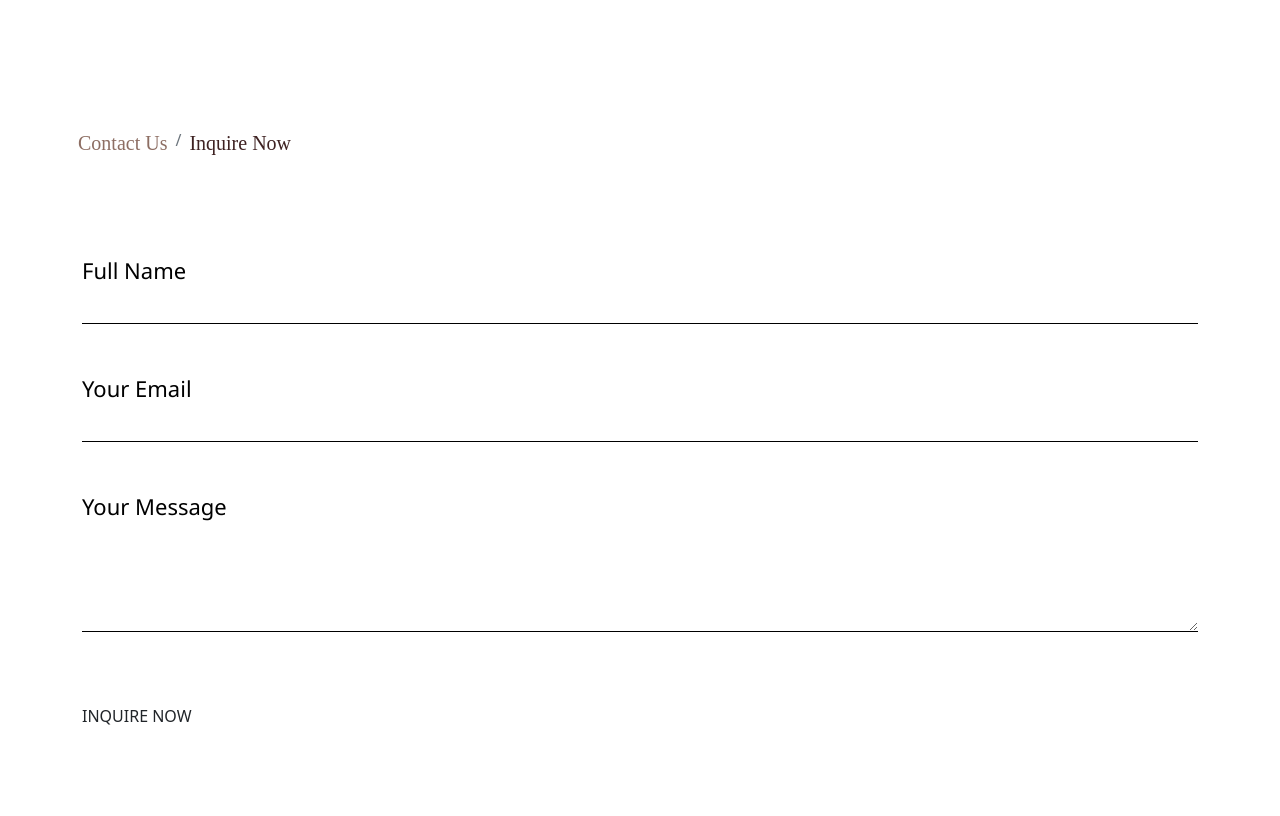
Repository: kaushalyaweerakoon/Plantation-Villa
Page: contact-us.html
An editor plug-in stored every save of this project. The page is shown before and after the next save, followed by the edit.
The browser window is 1280 px wide. The pictures show the part of the page from y = 1313 to 2143 px (the page is 2129 px tall before and 2143 px after).
Some web fonts or font styles are not loaded; a fallback is used.

Above is the page before, as saved 2022-08-15 16:34:37.
Not found: assets/js/main.js

After the next save:
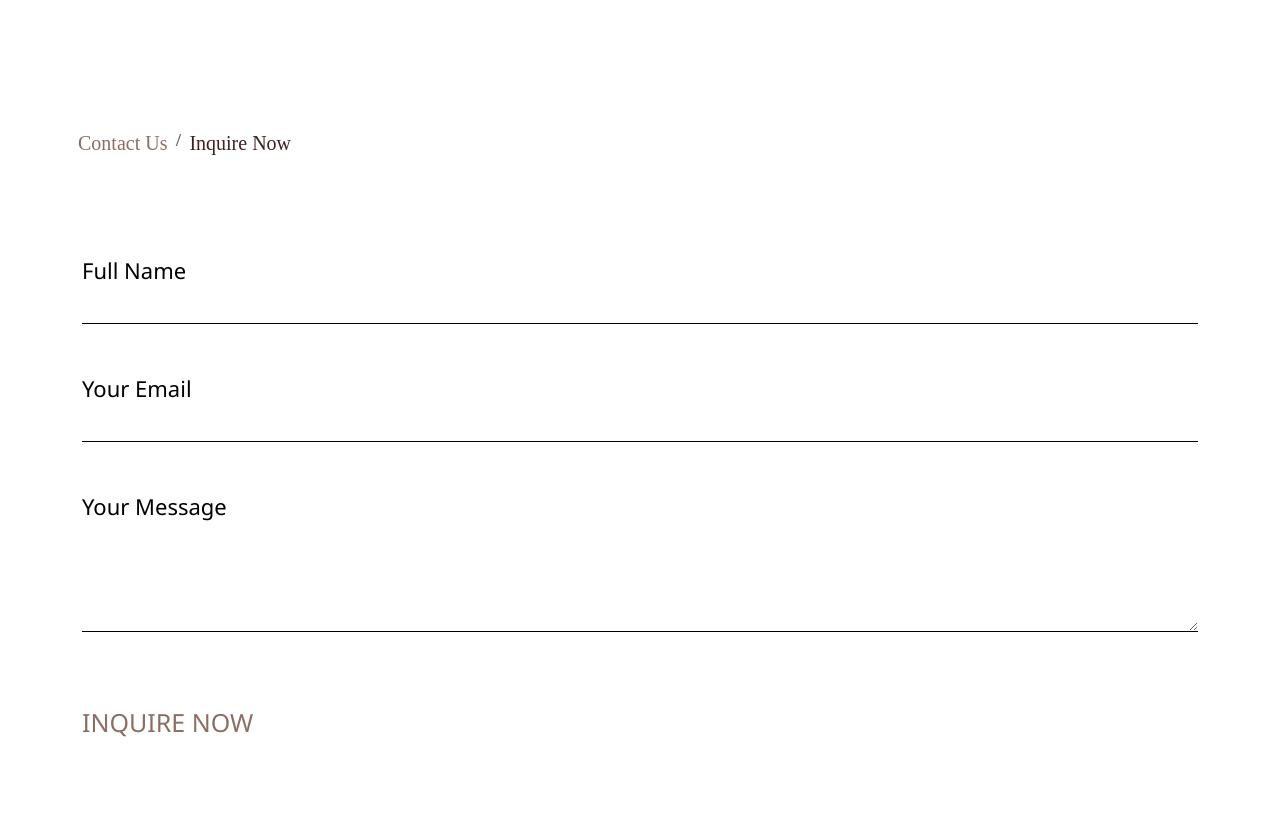
Saved 26 s later.
--- a/contact-us.html
+++ b/contact-us.html
@@ -144,7 +144,7 @@
 </section>
 
 <section class="container mt-md-4 mt-3 mb-5 pb-4">
-    <p class="">INQUIRE NOW</p>
+    <p class="inquire">INQUIRE NOW</p>
 </section>
 
 
